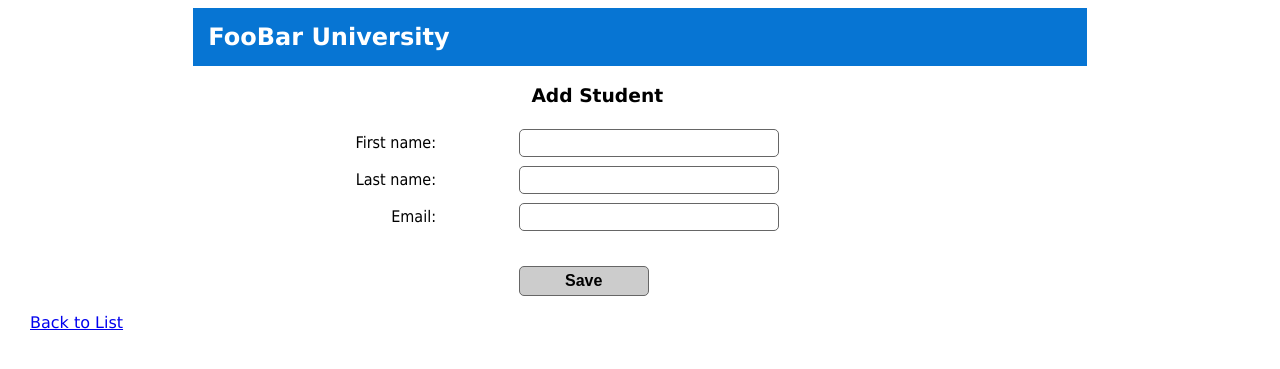
Repository: ivipech/AcdemiaXideral
Page: http://localhost/maven-estudiante/add-student-form.jsp
The author's editor kept a copy of each file at every save. The page is drawn from the files as they stood at one save, then again after the next save.
The browser window is 1280 px wide. The pictures show the whole page.
The page is served by Tomcat 9.

Above is the page before, as saved 2023-01-26 05:33:48.

After the next save:
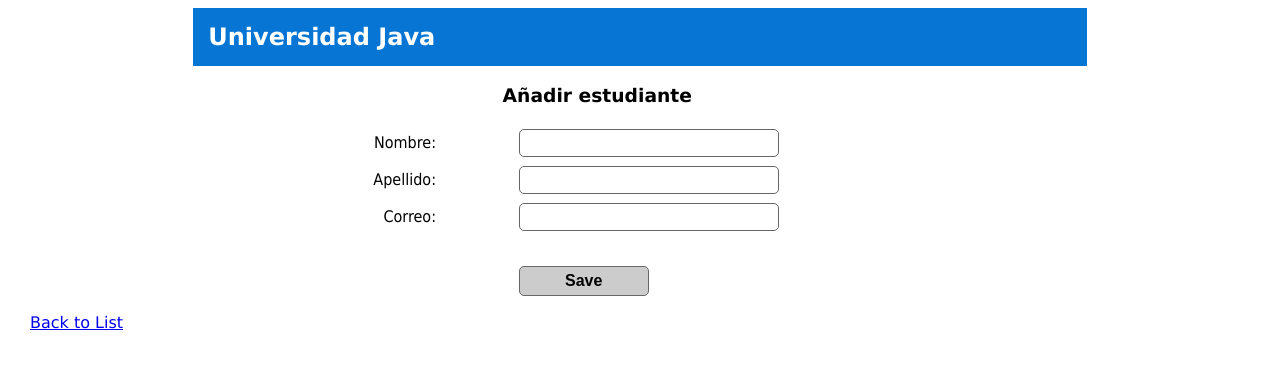
Saved 3 min 44 s later.
--- a/Semana2/maven-estudiante/src/main/webapp/add-student-form.jsp
+++ b/Semana2/maven-estudiante/src/main/webapp/add-student-form.jsp
@@ -2,7 +2,7 @@
 <html>
 
 <head>
-	<title>Add Student</title>
+	<title>Añadir estudiante</title>
 
 	<link type="text/css" rel="stylesheet" href="css/style.css">
 	<link type="text/css" rel="stylesheet" href="css/add-student-style.css">
@@ -11,12 +11,12 @@
 <body>
 	<div id="wrapper">
 		<div id="header">
-			<h2>FooBar University</h2>
+			<h2>Universidad Java</h2>
 		</div>
 	</div>
 
 	<div id="container">
-		<h3>Add Student</h3>
+		<h3>Añadir estudiante</h3>
 
 		<form action="StudentControllerServlet" method="GET">
 
@@ -25,17 +25,17 @@
 			<table>
 				<tbody>
 					<tr>
-						<td><label>First name:</label></td>
+						<td><label>Nombre:</label></td>
 						<td><input type="text" name="firstName" /></td>
 					</tr>
 
 					<tr>
-						<td><label>Last name:</label></td>
+						<td><label>Apellido:</label></td>
 						<td><input type="text" name="lastName" /></td>
 					</tr>
 
 					<tr>
-						<td><label>Email:</label></td>
+						<td><label>Correo:</label></td>
 						<td><input type="text" name="email" /></td>
 					</tr>
 
